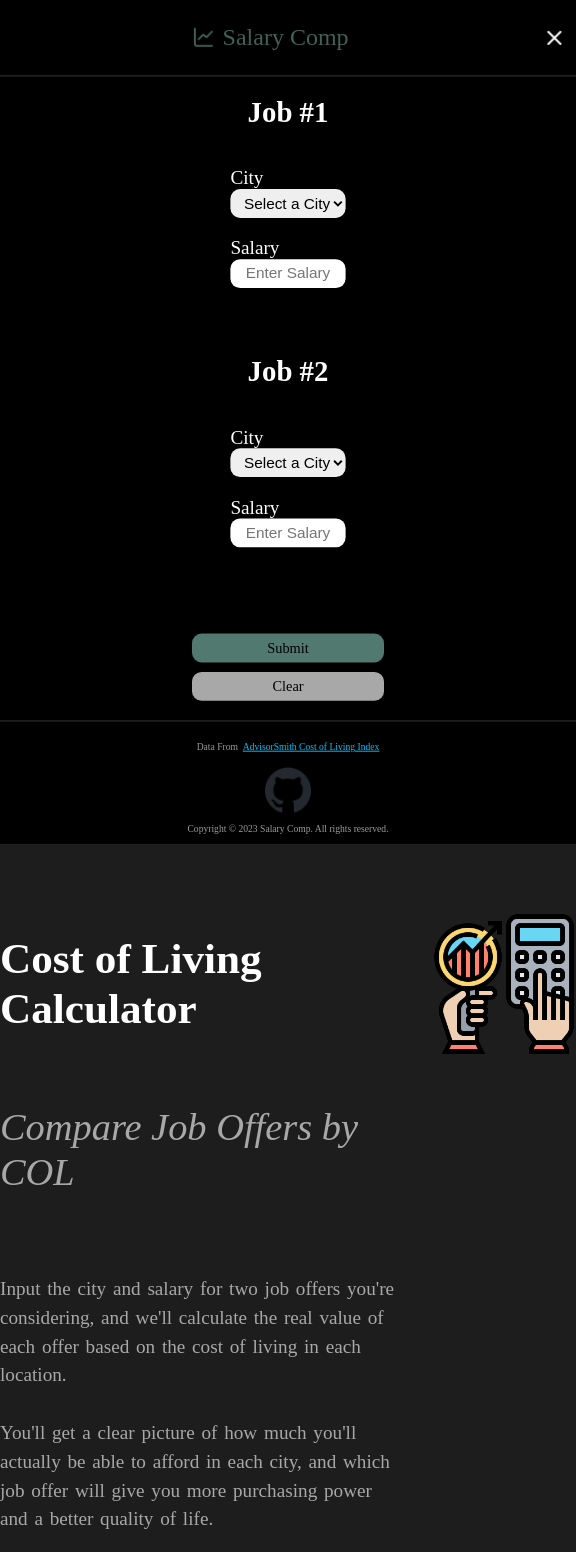
Repository: robbymcd/Salary-Comp
Page: /
These files come from the project's save history. The page is drawn as it stood at one moment and after the next save; the edit follows.
The browser window is 600 px wide. The pictures show the whole page, at 96% of full size.
Some web fonts or font styles are not loaded; a fallback is used. The project was rebuilt for these pictures with package versions that can differ from the ones it lists, and the page was loaded fresh each time. Also part of the build but not shown: src/Main.css, src/Main.js.

Above is the page before, as saved 2023-06-16 18:09:16.

After the next save:
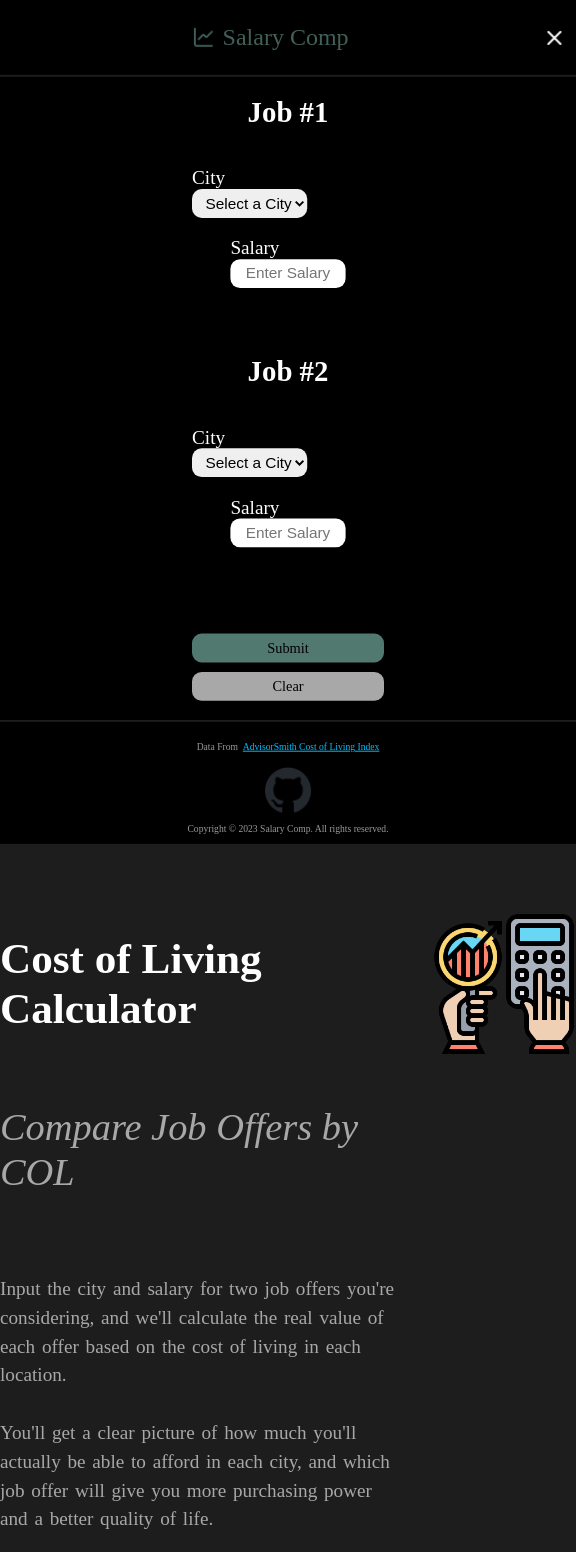
Saved 30 s later.
--- a/src/OpenSidebar.css
+++ b/src/OpenSidebar.css
@@ -226,7 +226,7 @@ input {
         width: 100%;
     }
 
-    .select-main {
+    .city {
         width: 200px;
     }
 }
